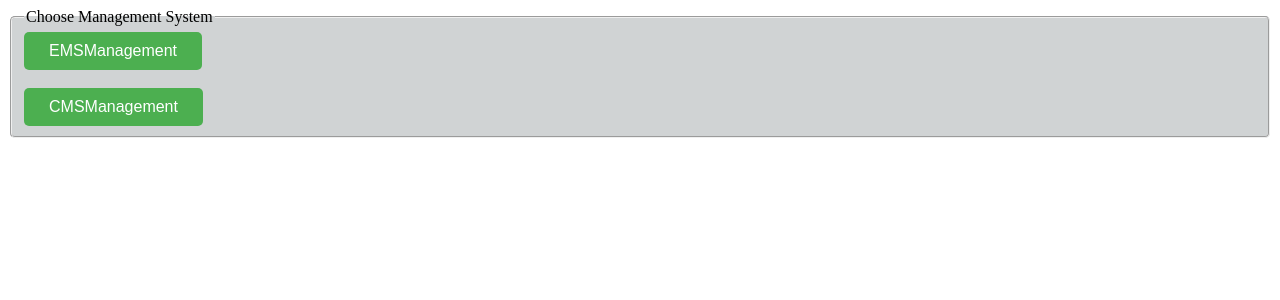
Repository: varnittyagi120/javaproject2
Page: eclipse-workspaceone/CMSWithEMSUsingServletInOptmiseWay/WebContent/index.html
These files come from the project's save history. The page is drawn as it stood at one moment and after the next save; the edit follows.
The browser window is 1280 px wide. The pictures show the whole page.

Above is the page before, as saved 2019-11-19 09:12:42.

### eclipse-workspaceone/CMSWithEMSUsingServletInOptmiseWay/WebContent/index.html
<!DOCTYPE html>
<html>
<style>
.button{
  background-color: #4CAF50;
  border: none;
  color: white;
  padding: 10px 25px;
  text-align: center;
  text-decoration: none;
  display: inline-block;
  font-size: 16px;

  border-radius:5px;
}

</style>
<body>
        <fieldset Style='background-color:#D0D3D4;border-radius:5px;'>
            <legend>Choose Management System</legend>
			    <a href = "StartOfEMS"><button class="button" >EMSManagement</button></a><br><br>
	 		    <a href = "StartOfCMS"><button class="button" >CMSManagement</button></a>
        </fieldset>
</body>
</html>

After the next save:
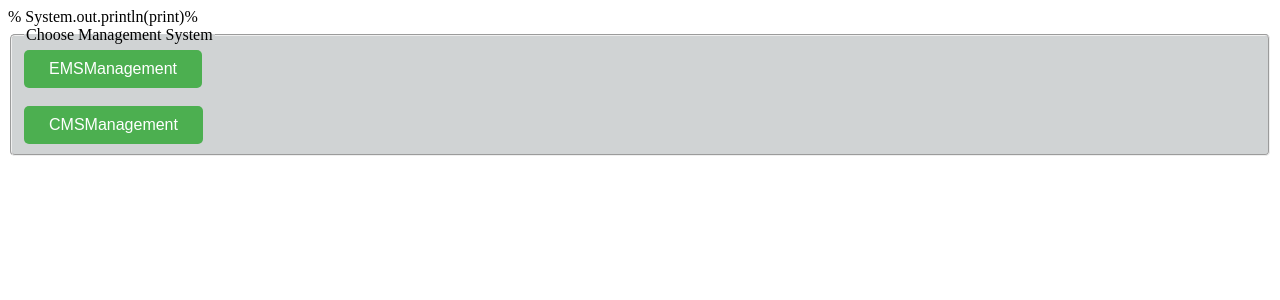
Saved 4 min 10 s later.
--- a/eclipse-workspaceone/CMSWithEMSUsingServletInOptmiseWay/WebContent/index.html
+++ b/eclipse-workspaceone/CMSWithEMSUsingServletInOptmiseWay/WebContent/index.html
@@ -16,6 +16,7 @@
 
 </style>
 <body>
+% System.out.println(print)%
         <fieldset Style='background-color:#D0D3D4;border-radius:5px;'>
             <legend>Choose Management System</legend>
 			    <a href = "StartOfEMS"><button class="button" >EMSManagement</button></a><br><br>
